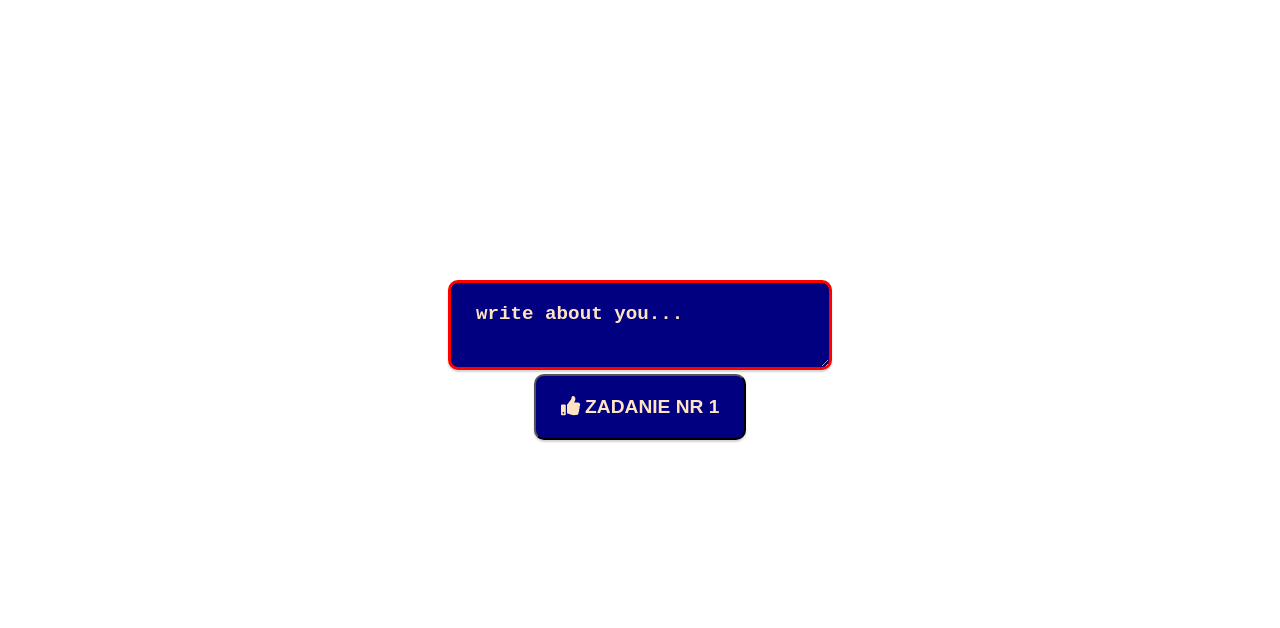
Repository: KrzysKolo/sr_tydzien3_zad_1_2_3
Page: /
An editor plug-in stored every save of this project. The page is shown before and after the next save, followed by the edit.
The browser window is 1280 px wide. The pictures show the whole page.
The project was rebuilt for these pictures with package versions that can differ from the ones it lists, and the page was loaded fresh each time.

Above is the page before, as saved 2020-11-02 16:44:51.

After the next save:
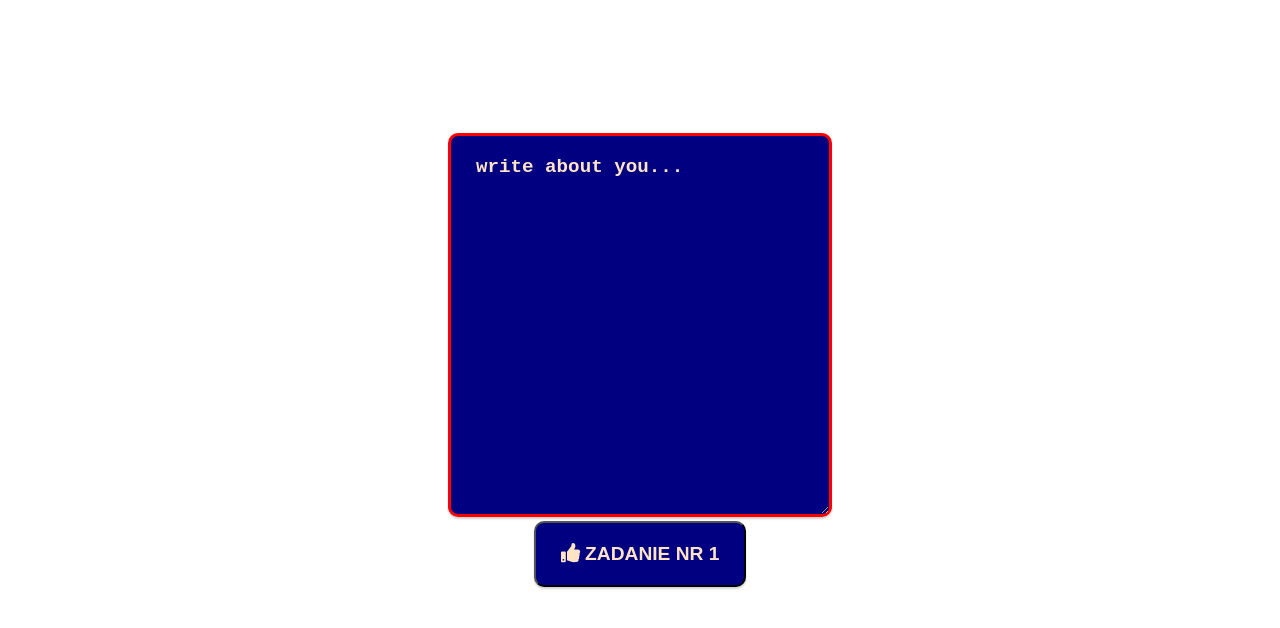
Saved 47 s later.
--- a/src/components/Form/Textarea.js
+++ b/src/components/Form/Textarea.js
@@ -11,7 +11,7 @@ const Textarea = ({value, color, bgColor, borderSize, borderRadius, borderColor}
     color: ${color};
     font-weight: bold;
     font-size: 1.2rem;
-    height: 45vh
+    height: 30vw;
     outline: 0;
     padding: 20px 25px;
     width: 30vw;
